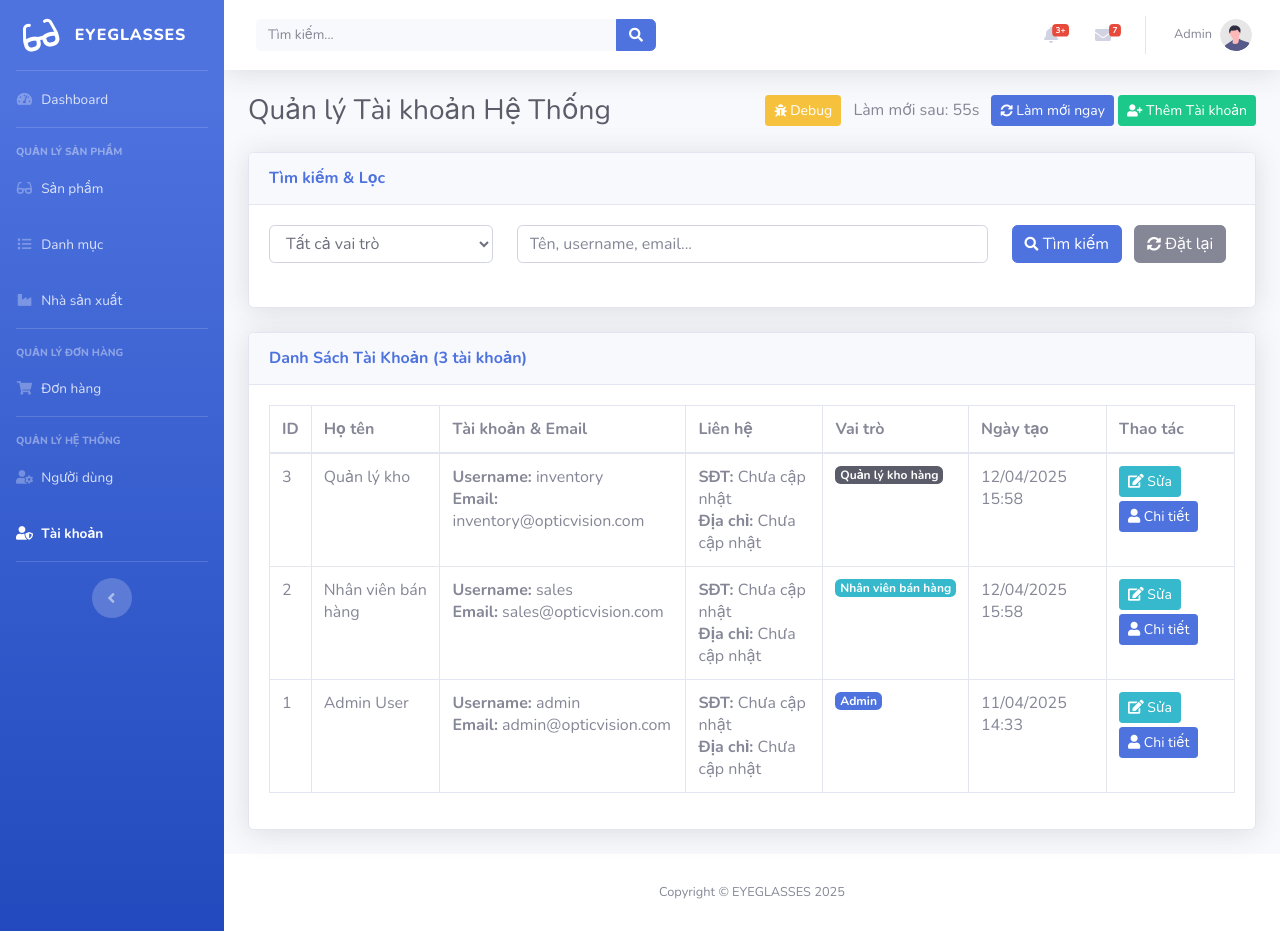
Repository: Giau-svg/glasses-store
Page: http://localhost/admin/accounts/index.php
An editor plug-in stored every save of this project. The page is shown before and after the next save, followed by the edit.
The browser window is 1280 px wide. The pictures show the whole page.
The page is run by PHP 8.4 with error messages shown; the project is at /var/www/html/. The session is filled in as if someone had signed in: {"staff_user_id": 1, "staff_name": "admin", "staff_role": 1, "customer_id": 1, "customer_name": "admin", "admin_user_id": 1, "admin_name": "admin", "admin_full_name": "admin", "admin_role": "admin", "admin_level": 1}. The database holds what the project's SQL file puts in it.

Above is the page before, as saved 2025-05-08 15:47:17.

After the next save:
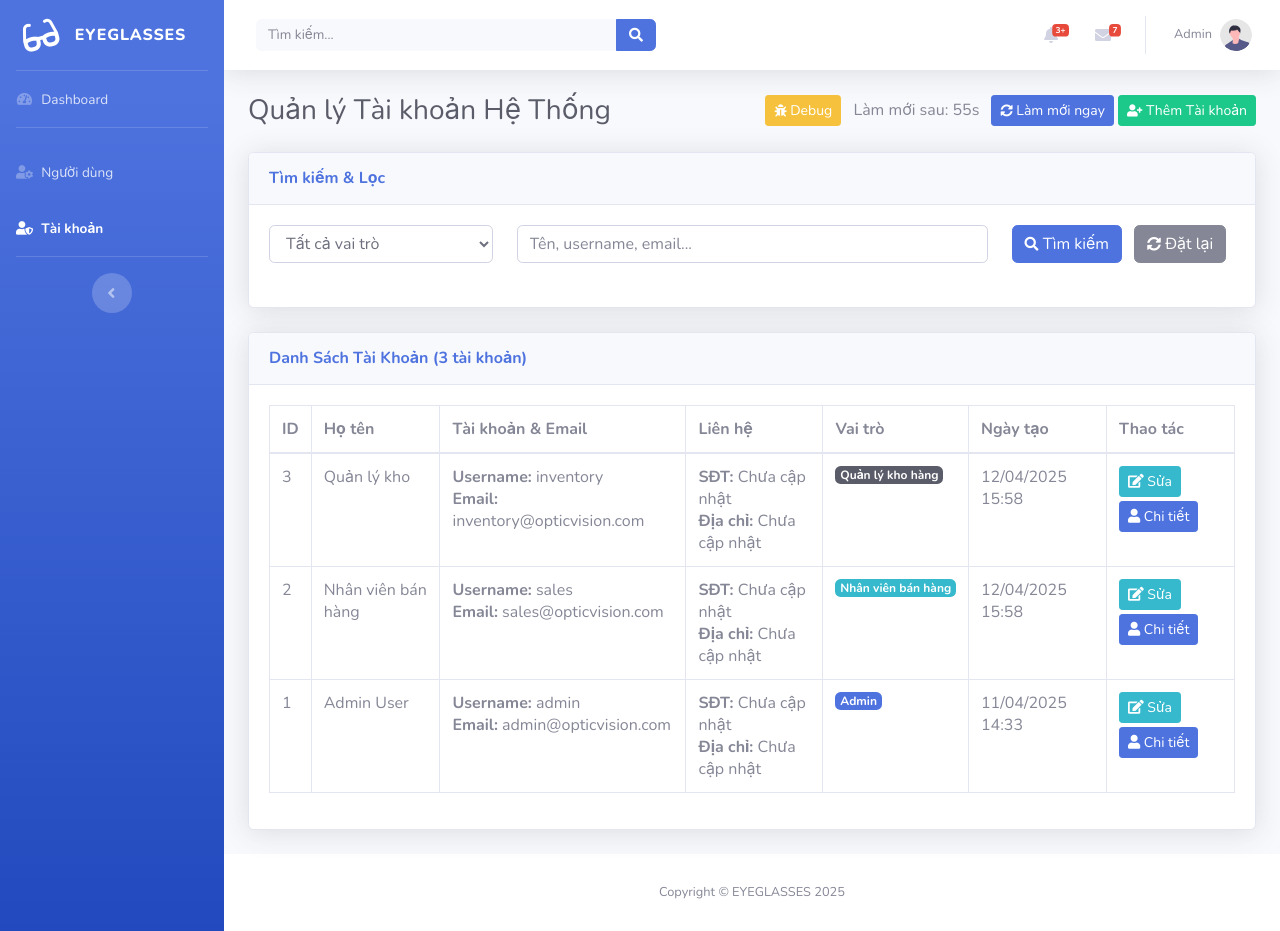
Saved 2 min 2 s later.
--- a/admin/partials/sidebar.php
+++ b/admin/partials/sidebar.php
@@ -38,59 +38,6 @@
     <!-- Divider -->
     <hr class="sidebar-divider">
 
-    <!-- Heading -->
-    <div class="sidebar-heading">
-        Quản lý sản phẩm
-    </div>
-
-    <!-- Nav Item - Products -->
-    <li class="nav-item <?php echo $is_products ? 'active' : ''; ?>">
-        <a class="nav-link" href="../products/index.php">
-            <i class="fas fa-fw fa-glasses"></i>
-            <span>Sản phẩm</span>
-        </a>
-    </li>
-
-    <!-- Nav Item - Categories -->
-    <li class="nav-item <?php echo $is_categories ? 'active' : ''; ?>">
-        <a class="nav-link" href="../categories/index.php">
-            <i class="fas fa-fw fa-list"></i>
-            <span>Danh mục</span>
-        </a>
-    </li>
-
-    <!-- Nav Item - Manufacturers -->
-    <li class="nav-item <?php echo $is_manufactures ? 'active' : ''; ?>">
-        <a class="nav-link" href="../manufactures/index.php">
-            <i class="fas fa-fw fa-industry"></i>
-            <span>Nhà sản xuất</span>
-        </a>
-    </li>
-
-    <!-- Divider -->
-    <hr class="sidebar-divider">
-
-    <!-- Heading -->
-    <div class="sidebar-heading">
-        Quản lý đơn hàng
-    </div>
-
-    <!-- Nav Item - Orders -->
-    <li class="nav-item <?php echo $is_orders ? 'active' : ''; ?>">
-        <a class="nav-link" href="../orders/index.php">
-            <i class="fas fa-fw fa-shopping-cart"></i>
-            <span>Đơn hàng</span>
-        </a>
-    </li>
-
-    <!-- Divider -->
-    <hr class="sidebar-divider">
-
-    <!-- Heading -->
-    <div class="sidebar-heading">
-        Quản lý hệ thống
-    </div>
-
     <!-- Nav Item - Users -->
     <li class="nav-item <?php echo $is_users ? 'active' : ''; ?>">
         <a class="nav-link" href="../users/index.php">
